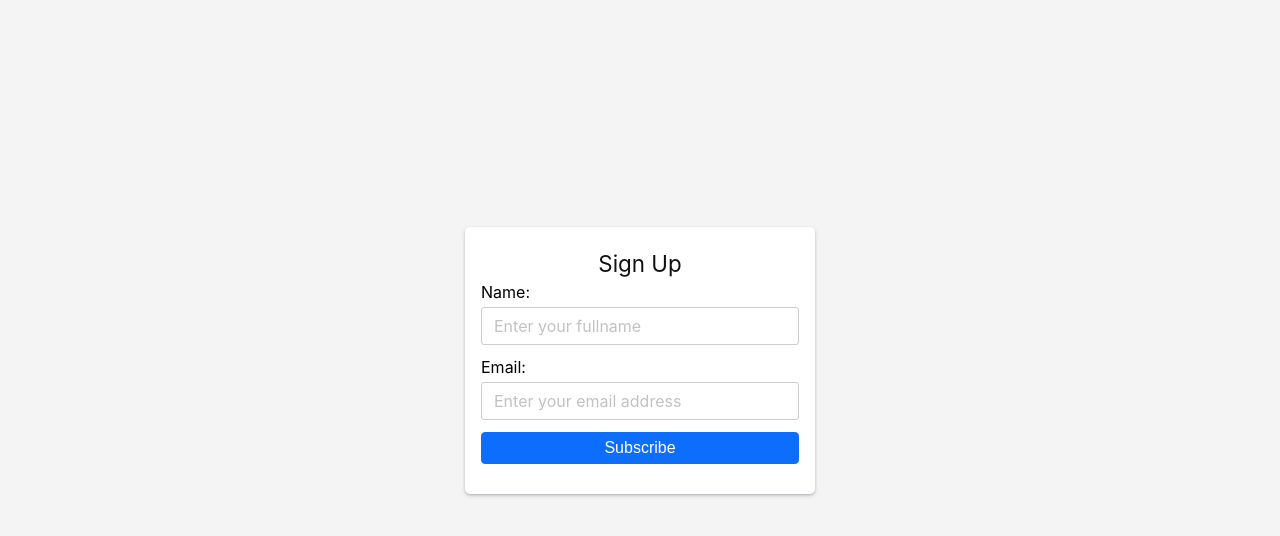
Repository: HoangDuy315/web-dev2022
Page: hw151022/ex2/ex2.2/index.html
These files come from the project's save history. The page is drawn as it stood at one moment and after the next save; the edit follows.
The browser window is 1280 px wide. The pictures show the whole page.

Above is the page before, as saved 2022-10-15 15:05:39.

After the next save:
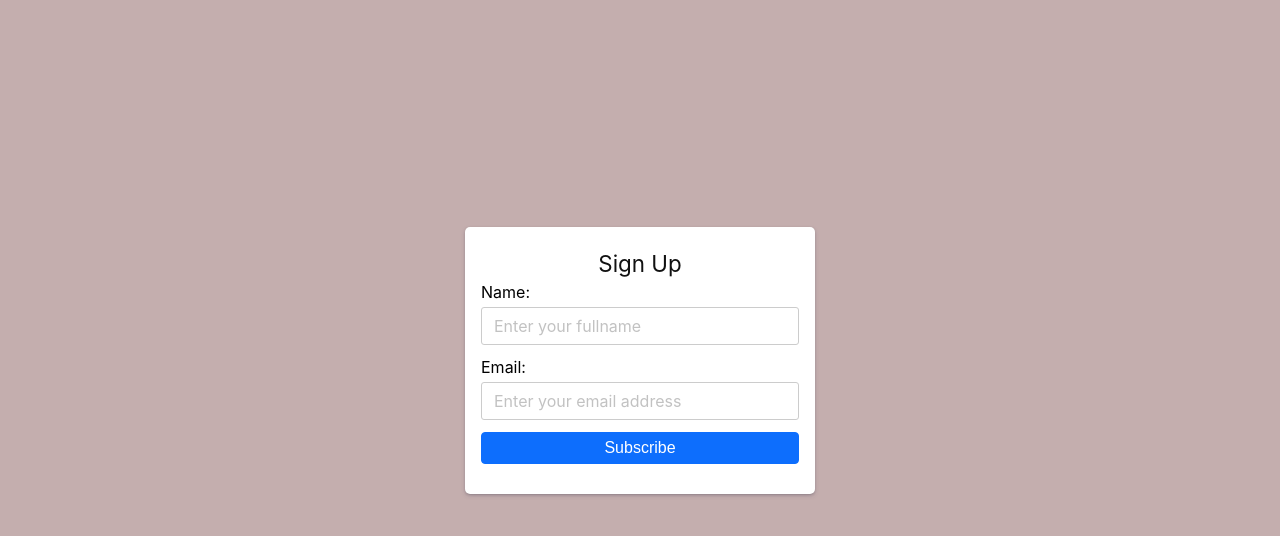
Saved 15 s later.
--- a/hw151022/ex2/ex2.2/index.css
+++ b/hw151022/ex2/ex2.2/index.css
@@ -8,7 +8,7 @@ body {
   font-family: -apple-system, BlinkMacSystemFont, "Segoe UI", Roboto, Oxygen,
     Ubuntu, Cantarell, "Open Sans", "Helvetica Neue", sans-serif;
   font-size: 1rem;
-  background-color: #f4f4f4;
+  background-color: #c4aeae;
   display: flex;
   align-items: center;
   justify-content: center;
